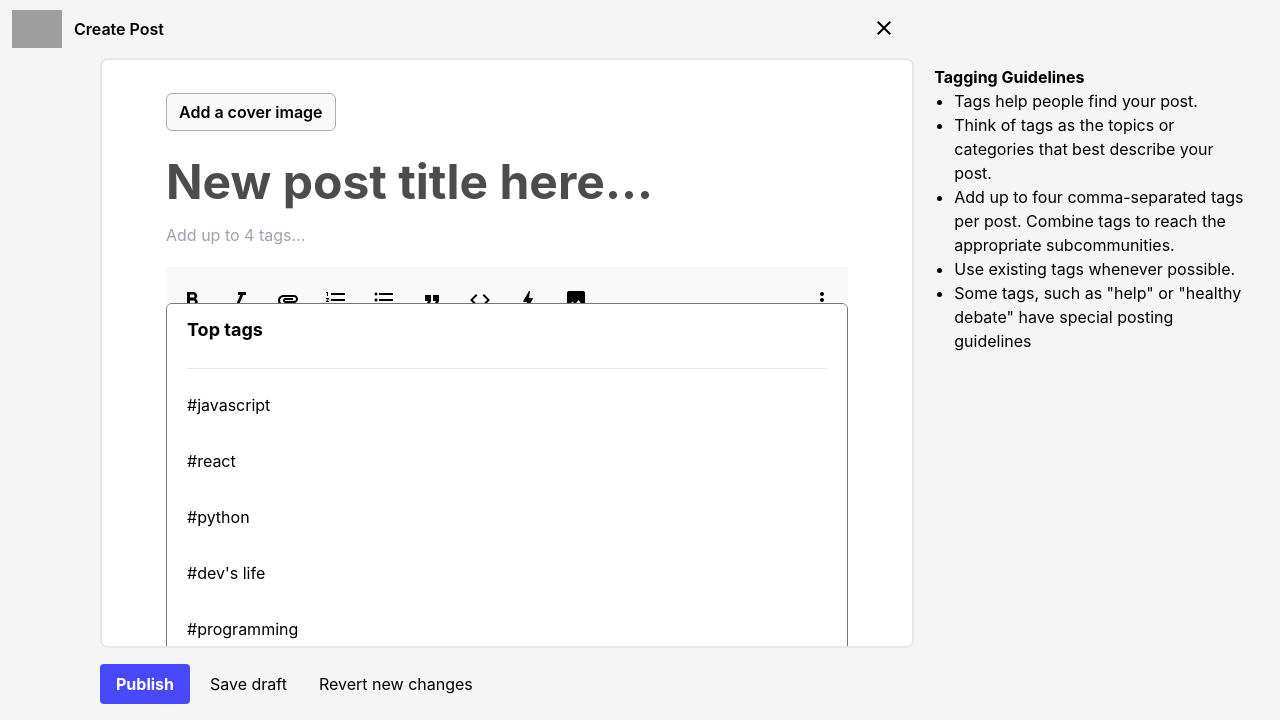
Repository: dat-nguyen-2001/Dev.to
Page: /new (app in client/)
The author's editor kept a copy of each file at every save. The page is drawn from the files as they stood at one save, then again after the next save.
The browser window is 1280 px wide. The pictures show the whole page.
Pictures or frames that could not be fetched are drawn as grey boxes. An inner scrolling area shows only its first screen. The project was rebuilt for these pictures with package versions that can differ from the ones it lists, and the page was loaded fresh each time. Also part of the build but not shown: client/src/components/Footer.tsx, client/src/components/nav/GuestNav.tsx, client/src/components/nav/NavBar.tsx, client/src/components/Layout.tsx, client/src/pages/about.tsx, client/src/components/SignInForm.tsx, client/src/components/SignInPlatform.tsx, client/src/pages/enter.tsx and 1 more.

Above is the page before, as saved 2022-09-25 12:03:31.

After the next save:
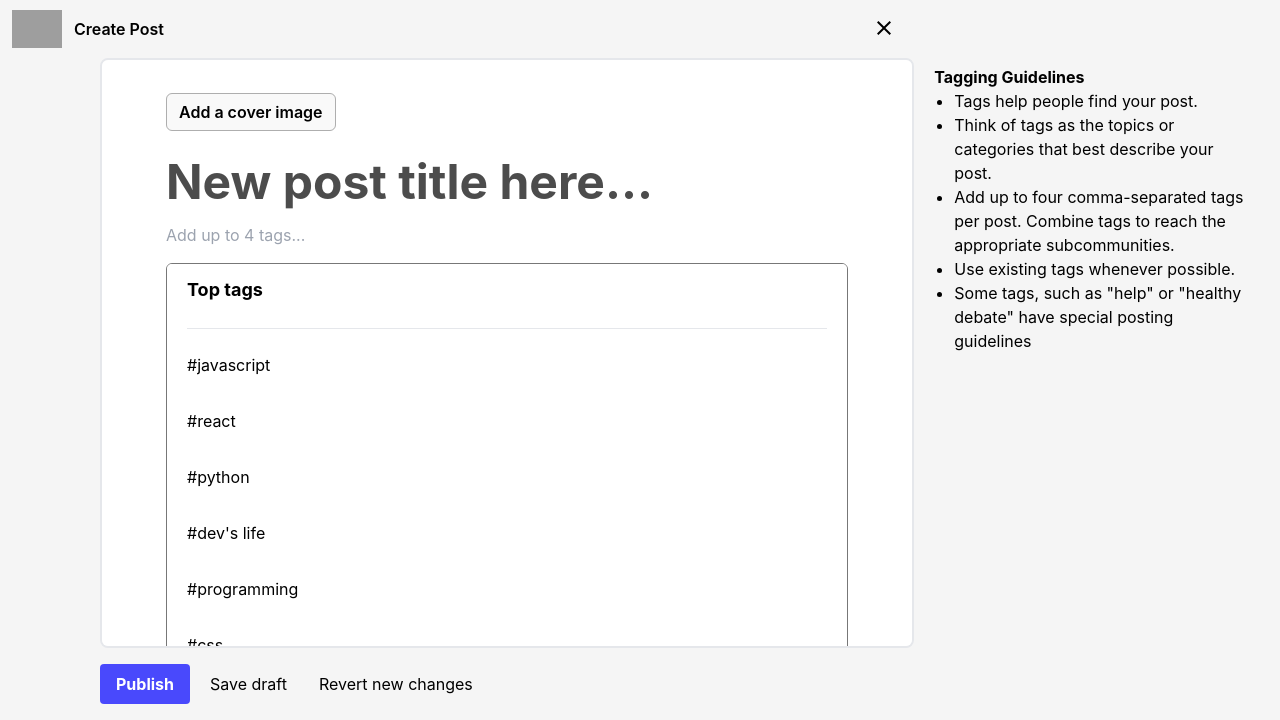
Saved 9 s later.
--- a/client/src/pages/new.tsx
+++ b/client/src/pages/new.tsx
@@ -75,7 +75,7 @@ const New = () => {
                     </form>
                     <form className='relative'>
                         <input placeholder='Add up to 4 tags...' className='w-full outline-none' />
-                        <div className='z-[100] absolute top-10 flex flex-col space-y-3 px-5 my-10 bg-white w-full border-[.1em] border-solid border-[#777] rounded-md max-h-[500px] overflow-y-auto'>
+                        <div className='z-[100] absolute top-10 flex flex-col space-y-3 px-5 bg-white w-full border-[.1em] border-solid border-[#777] rounded-md max-h-[500px] overflow-y-auto'>
                             <h2 className='text-lg font-bold py-3'>Top tags</h2>
                             <hr></hr>
                             <ul className='flex flex-col space-y-2 cursor-pointer'>
